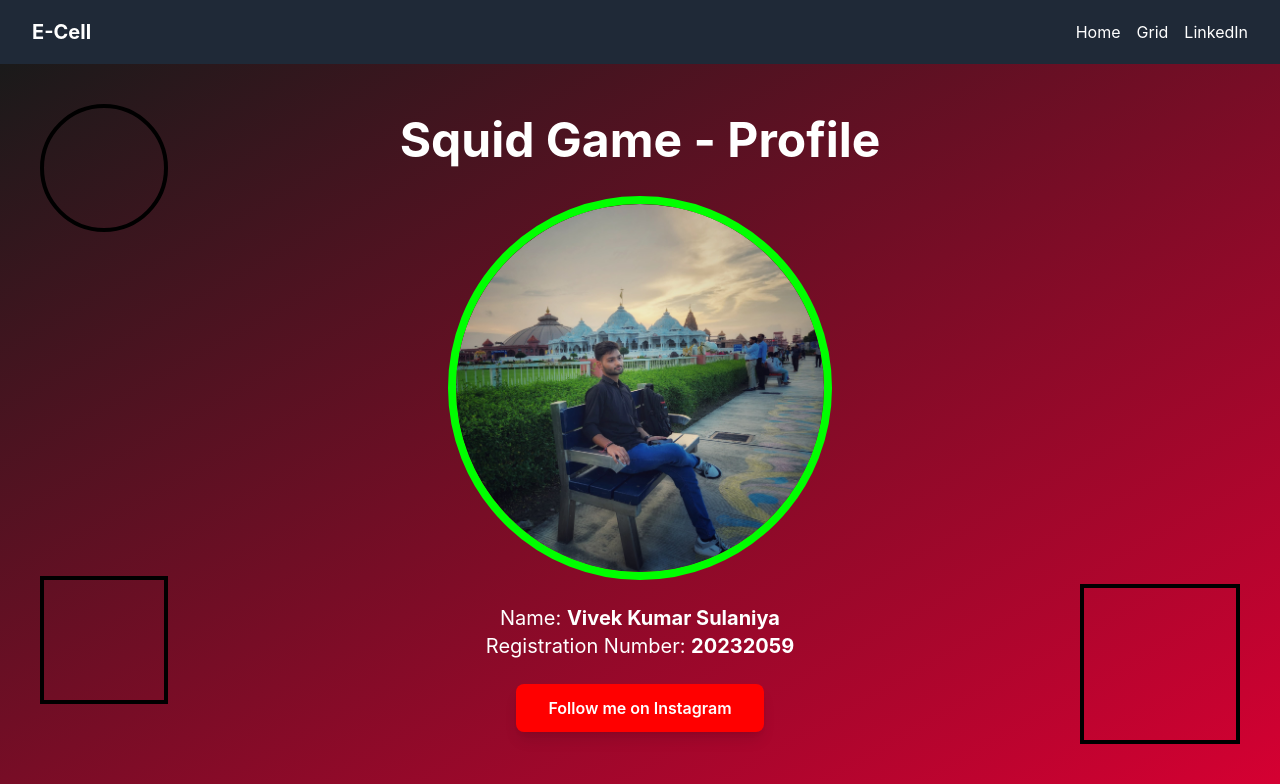
Repository: Vivek300705/Dashboard
Page: /second-page
The author's editor kept a copy of each file at every save. The page is drawn from the files as they stood at one save, then again after the next save.
The browser window is 1280 px wide. The pictures show the whole page.
The project was rebuilt for these pictures with package versions that can differ from the ones it lists, and the page was loaded fresh each time. Also part of the build but not shown: src/components/Home.js.

Above is the page before, as saved 2025-01-22 23:20:30.

### src/App.js
import React from "react";
import { BrowserRouter as Router, Routes, Route } from "react-router-dom";
import Home from "./components/Home";
import Navbar from "./components/Navbar";
import SecondPage from "./components/Profile";// Import the Navbar component

function App() {
  return (
    <Router>
      <div className="App">
        <Navbar /> {/* Include Navbar Component */}
        <Routes>
          <Route path="/" element={<Home />} />
          <Route path="/second-page" element={<SecondPage />} />
          {/* Add other routes here */}
        </Routes>
      </div>
    </Router>
  );
}

export default App;

### src/components/Navbar.js
import React, { useState } from "react";
import { Link } from "react-router-dom";

const Navbar = () => {
  const [isMenuOpen, setIsMenuOpen] = useState(false);

  return (
    <nav className="bg-gray-800 text-white">
      <div className="max-w-7xl mx-auto px-4 sm:px-6 lg:px-8">
        <div className="flex justify-between items-center h-16">
          <div className="flex items-center">
            <Link
              to="/"
              className="text-xl font-bold text-white hover:text-gray-300"
            >
              E-Cell
            </Link>
          </div>
          <div className="hidden md:flex space-x-4">
            <Link className="hover:underline hover:text-gray-300" to="/second-page">
              Home
            </Link>
            <Link className="hover:underline hover:text-gray-300" to="/">
              Grid
            </Link>
            <a
              className="hover:underline hover:text-gray-300"
              href="https://www.linkedin.com/in/vivek-kumar-sulaniya-ba8204267/"
              target="_blank"
              rel="noopener noreferrer"
            >
              LinkedIn
            </a>
          </div>
          <div className="md:hidden">
            <button
              className="text-gray-300 hover:text-white focus:outline-none"
              onClick={() => setIsMenuOpen(!isMenuOpen)}
            >
              <svg
                className="h-6 w-6"
                xmlns="http://www.w3.org/2000/svg"
                fill="none"
                viewBox="0 0 24 24"
                stroke="currentColor"
              >
                {isMenuOpen ? (
                  <path
                    strokeLinecap="round"
                    strokeLinejoin="round"
                    strokeWidth={2}
                    d="M6 18L18 6M6 6l12 12"
                  />
                ) : (
                  <path
                    strokeLinecap="round"
                    strokeLinejoin="round"
                    strokeWidth={2}
                    d="M4 6h16M4 12h16M4 18h16"
                  />
                )}
              </svg>
            </button>
          </div>
        </div>
      </div>
      {/* Mobile Menu */}
      {isMenuOpen && (
        <div className="md:hidden">
          <div className="px-2 pt-2 pb-3 space-y-1 sm:px-3">
            <Link
              className="block text-white hover:underline hover:text-gray-300"
              to="/"
              onClick={() => setIsMenuOpen(false)}
            >
              Home
            </Link>
            <Link
              className="block text-white hover:underline hover:text-gray-300"
              to="/grid"
              onClick={() => setIsMenuOpen(false)}
            >
              Grid
            </Link>
            <a
              className="block text-white hover:underline hover:text-gray-300"
              href="https://www.linkedin.com/in/your-profile/"
              target="_blank"
              rel="noopener noreferrer"
              onClick={() => setIsMenuOpen(false)}
            >
              LinkedIn
            </a>
          </div>
        </div>
      )}
    </nav>
  );
};

export default Navbar;

### src/components/Profile.js
import React from "react";

function SecondPage() {
  const redirectToInstagram = () => {
    window.location.href = "https://www.instagram.com/vivvek_m/"; // Replace with actual Instagram handle
  };

  return (
    <div className="min-h-screen flex flex-col items-center justify-center bg-gradient-to-br from-[#1A1A1A] to-[#D50032] text-white relative">
      {/* Squid Game Style Header */}
      <div className="text-5xl font-bold mb-8 text-center">
        Squid Game - Profile
      </div>

      {/* Profile Picture Holder */}
      <div className="w-60 h-60 sm:w-72 sm:h-72 md:w-80 md:h-80 lg:w-96 lg:h-96 rounded-full overflow-hidden border-8 border-[#00FF00] mb-6">
        <img
          src="/profile.jpeg" // Replace with your actual profile image path
          alt="Profile"
          className="object-cover w-full h-full rounded-full"
        />
      </div>

      {/* Name and Registration Number */}
      <div className="text-xl mb-6 text-center">
        <p>
          Name: <strong>Vivek Kumar Sulaniya</strong>
        </p>
        <p>
          Registration Number: <strong>20232059</strong>
        </p>
      </div>

      {/* Instagram Button */}
      <button
        onClick={redirectToInstagram}
        className="bg-[#FF0000] hover:bg-[#CC0000] text-white font-semibold py-3 px-8 rounded-lg shadow-lg transition duration-300 transform hover:scale-105"
        aria-label="Follow me on Instagram"
      >
        Follow me on Instagram
      </button>

      {/* Squid Game Shapes */}
      <div className="absolute top-10 left-10 hidden sm:block">
        <div className="w-32 h-32 bg-transparent border-4 border-black rounded-full animate-pulse transition-transform duration-300 transform hover:scale-110"></div>
      </div>
      <div className="absolute bottom-10 right-10 hidden sm:block">
        <div className="w-40 h-40 bg-transparent border-4 border-black border-solid transition-transform duration-300 transform hover:scale-110"></div>
      </div>
      <div className="absolute bottom-20 left-10 hidden sm:block">
        <div className="w-32 h-32 bg-transparent border-4 border-black transition-transform duration-300 transform hover:scale-110"></div>
      </div>
    </div>
  );
}

export default SecondPage;

### tailwind.config.js
/** @type {import('tailwindcss').Config} */
module.exports = {
  content: ["./src/**/*.{html,js}"],
  theme: {
    extend: { colors: {
      squidRed: "#D62C2F",  // Custom Squid Game red
    },
    animation: {
      pulse: "pulse 1.5s ease-in-out infinite",  // Add custom animations
    }},
  },
  plugins: [],
}

Loaded but not shown: public/index.html (common file); src/index.js (common file); src/index.css (common file); src/reportWebVitals.js (common file)

After the next save:
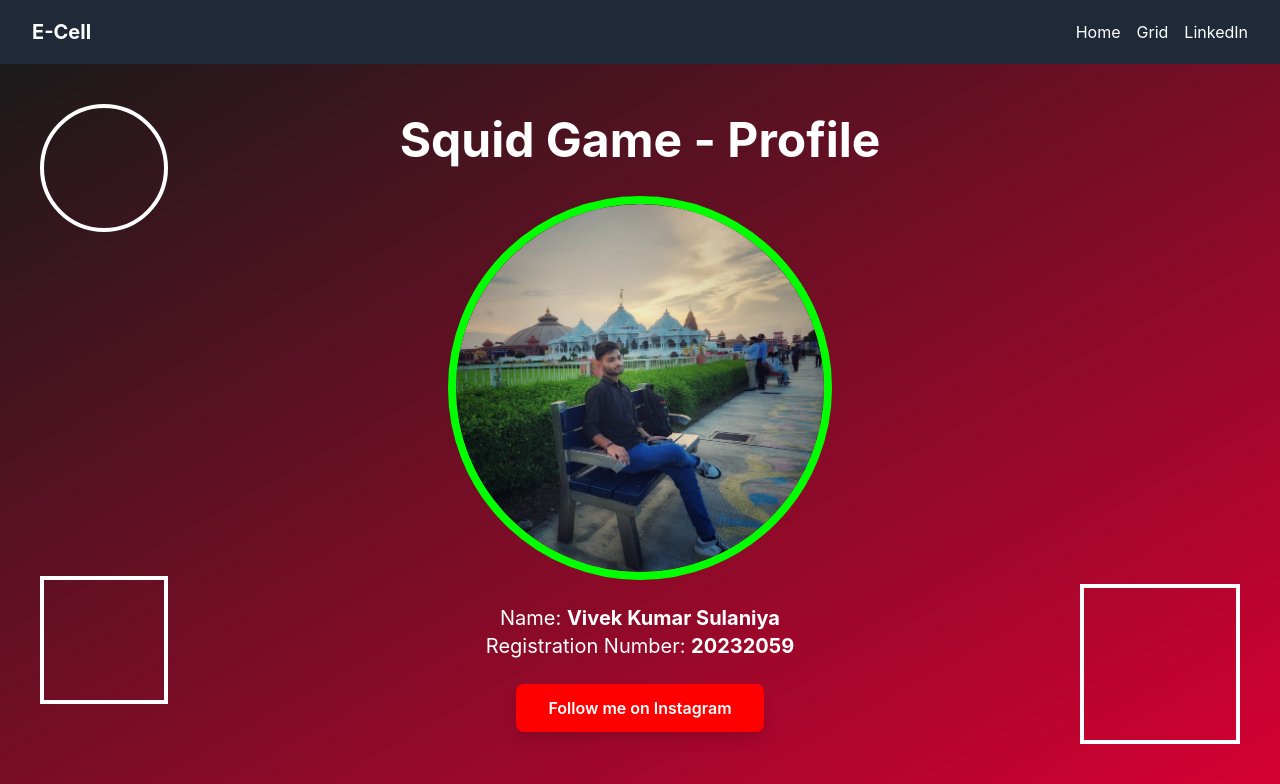
Saved 31 s later.
--- a/src/components/Profile.js
+++ b/src/components/Profile.js
@@ -42,13 +42,13 @@
 
       {/* Squid Game Shapes */}
       <div className="absolute top-10 left-10 hidden sm:block">
-        <div className="w-32 h-32 bg-transparent border-4 border-black rounded-full animate-pulse transition-transform duration-300 transform hover:scale-110"></div>
+        <div className="w-32 h-32 bg-transparent border-4 border-white rounded-full animate-pulse transition-transform duration-300 transform hover:scale-110"></div>
       </div>
       <div className="absolute bottom-10 right-10 hidden sm:block">
-        <div className="w-40 h-40 bg-transparent border-4 border-black border-solid transition-transform duration-300 transform hover:scale-110"></div>
+        <div className="w-40 h-40 bg-transparent border-4 border-white border-solid transition-transform duration-300 transform hover:scale-110"></div>
       </div>
       <div className="absolute bottom-20 left-10 hidden sm:block">
-        <div className="w-32 h-32 bg-transparent border-4 border-black transition-transform duration-300 transform hover:scale-110"></div>
+        <div className="w-32 h-32 bg-transparent border-4 border-white transition-transform duration-300 transform hover:scale-110"></div>
       </div>
     </div>
   );
